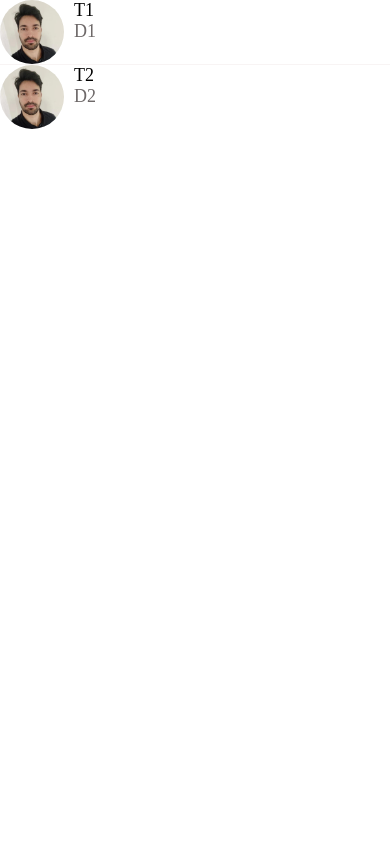
Repository: georgehgfonseca/F05-Trena-Native
Screen: /
The author's editor kept a copy of each file at every save. The screen is drawn from the files as they stood at one save, then again after a run of saves.
The app was drawn by React Native's web renderer in a window 390 px wide. The project was rebuilt for these pictures with package versions that can differ from the ones it lists, and the page was loaded fresh each time. Some packages were replaced by stand-ins written for this rebuild.

Above is the screen before, as saved 2022-10-13 18:13:42.

After the next 3 saves:
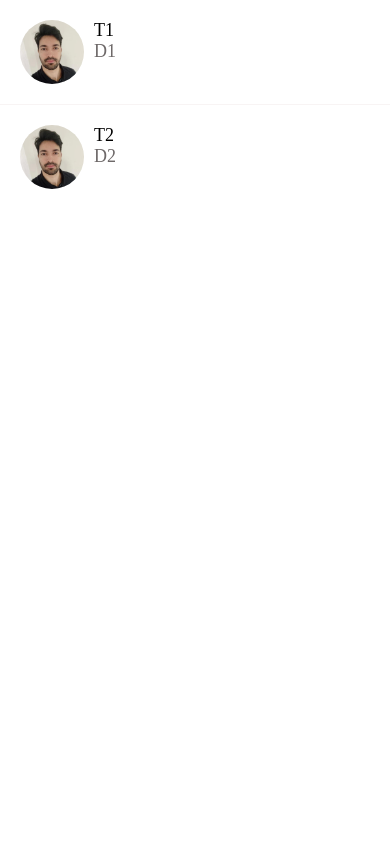
The 3 saves are shown as one change because they came seconds apart.
The last was saved 16 s later.
--- a/app/components/ListItem.tsx
+++ b/app/components/ListItem.tsx
@@ -24,6 +24,7 @@ function ListItem({ title, subTitle, image }: ListItemProps) {
 const styles = StyleSheet.create({
   container: {
     flexDirection: "row",
+    padding: 20,
   },
   image: {
     width: 64,
